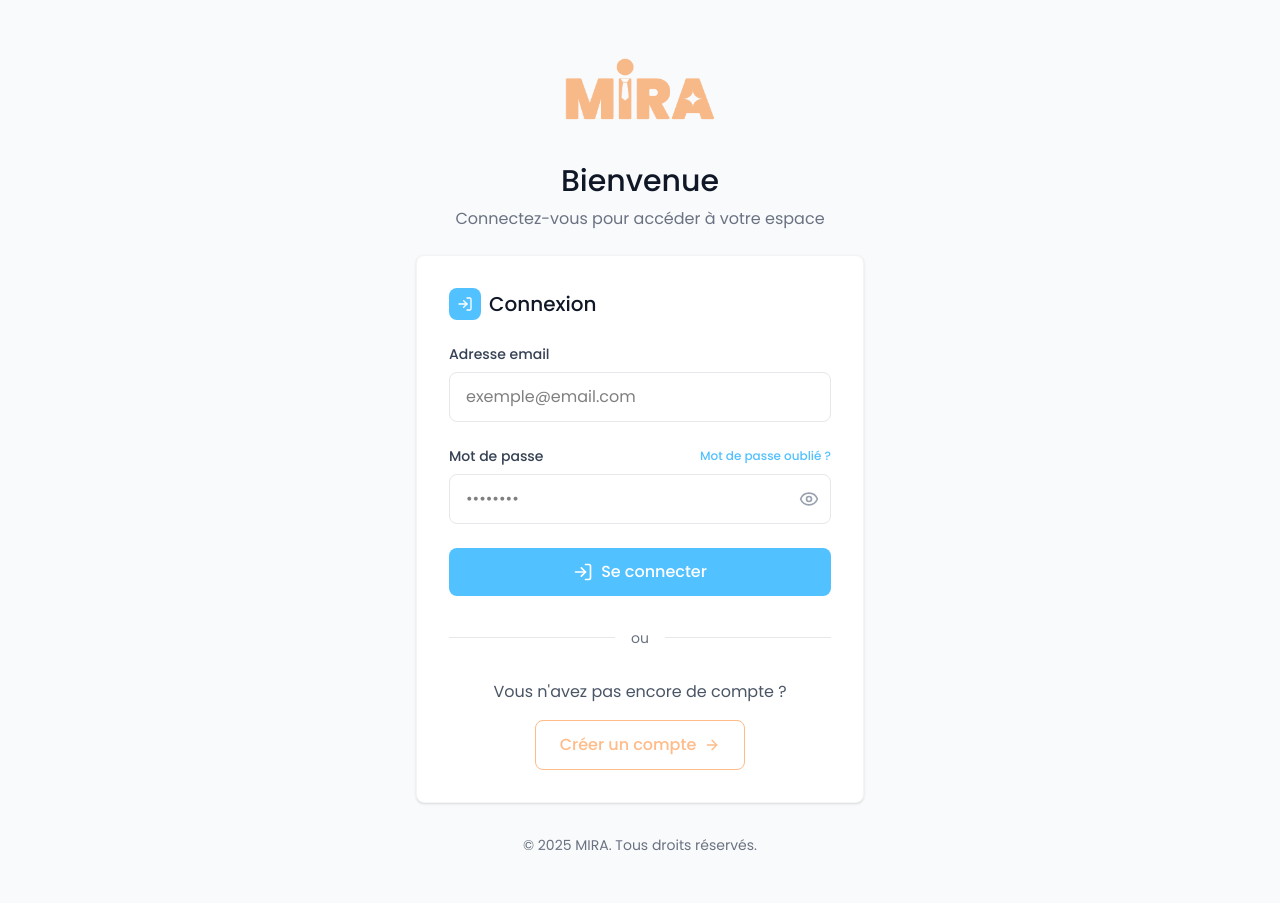
Repository: vladimirmoulart/mira-website
Page: /connexion
The author's editor kept a copy of each file at every save. The page is drawn from the files as they stood at one save, then again after the next save.
The browser window is 1280 px wide. The pictures show the whole page.
The page's requests for data from a server got no answer. The project was rebuilt for these pictures with package versions that can differ from the ones it lists, and the page was loaded fresh each time. The framework's server and built-in components were replaced by stand-ins that run in the browser. No one was signed in, and anything a server would have sent is missing. Also part of the build but not shown: next.config.ts.

Above is the page before, as saved 2025-06-03 22:48:35.

### src/app/connexion/page.tsx
"use client"

import type React from "react"

import { useState } from "react"
import Link from "next/link"
import Image from "next/image"
import { supabase } from "../../../lib/supabaseClient"
import { Eye, EyeOff, LogIn, AlertCircle, CheckCircle, Loader2, ArrowRight } from "lucide-react"

export default function Connexion() {
  const [email, setEmail] = useState("")
  const [password, setPassword] = useState("")
  const [errorMessage, setErrorMessage] = useState("")
  const [successMessage, setSuccessMessage] = useState("")
  const [isLoading, setIsLoading] = useState(false)
  const [showPassword, setShowPassword] = useState(false)

  const handleSubmit = async (e: React.FormEvent) => {
    e.preventDefault()
    setErrorMessage("")
    setSuccessMessage("")
    setIsLoading(true)

    try {
      const { data, error } = await supabase.auth.signInWithPassword({
        email,
        password,
      })

      if (error) {
        setErrorMessage(error.message)
        return
      }

      setSuccessMessage("Connexion réussie ! Redirection...")

      setTimeout(() => {
        window.location.href = "/dashboard/feed"
      }, 1500)
    } catch (error) {
      setErrorMessage("Une erreur inattendue s'est produite. Veuillez réessayer.")
      console.error("Login error:", error)
    } finally {
      setIsLoading(false)
    }
  }

  return (
    <div className="min-h-screen bg-gray-50 mt--10 flex flex-col items-center justify-center px-4 py-12">
      <div className="w-full max-w-md">
        {/* Logo and header */}
        <div className="text-center mb-6">
          <div className="flex justify-center mb-6">
            <Image src="/images/logo-mira.png" alt="Logo MIRA" width={150} height={150} priority />
          </div>
          <h1 className="text-3xl font-medium text-gray-900">Bienvenue</h1>
          <p className="text-gray-500 mt-2">Connectez-vous pour accéder à votre espace</p>
        </div>

        {/* Card */}
        <div className="bg-white rounded-lg shadow-sm border border-gray-100 p-8">
          <h2 className="text-xl font-medium text-gray-900 mb-6 flex items-center gap-2">
            <div className="w-8 h-8 bg-[#52c1ff] rounded-lg flex items-center justify-center">
              <LogIn className="w-4 h-4 text-white" />
            </div>
            Connexion
          </h2>

          {/* Status messages */}
          {successMessage && (
            <div className="mb-6 p-4 bg-green-50 rounded-lg flex items-center gap-3 border border-green-200">
              <CheckCircle className="w-5 h-5 text-green-500 flex-shrink-0" />
              <p className="text-green-800 text-sm">{successMessage}</p>
            </div>
          )}

          {errorMessage && (
            <div className="mb-6 p-4 bg-red-50 rounded-lg flex items-center gap-3 border border-red-200">
              <AlertCircle className="w-5 h-5 text-red-500 flex-shrink-0" />
              <p className="text-red-800 text-sm">{errorMessage}</p>
            </div>
          )}

          {/* Form */}
          <form onSubmit={handleSubmit} className="space-y-6">
            <div className="space-y-2">
              <label htmlFor="email" className="block text-sm font-medium text-gray-700">
                Adresse email
              </label>
              <input
                id="email"
                type="email"
                placeholder="exemple@email.com"
                required
                value={email}
                onChange={(e) => setEmail(e.target.value)}
                className="w-full px-4 py-3 border border-gray-200 rounded-lg focus:outline-none focus:ring-2 focus:ring-[#52c1ff] focus:border-transparent transition-all"
                disabled={isLoading}
              />
            </div>

            <div className="space-y-2">
              <div className="flex items-center justify-between">
                <label htmlFor="password" className="block text-sm font-medium text-gray-700">
                  Mot de passe
                </label>
                <Link
                  href="/mot-de-passe-oublie"
                  className="text-xs font-medium text-[#52c1ff] hover:text-[#52c1ff]/80 transition-colors"
                >
                  Mot de passe oublié ?
                </Link>
              </div>
              <div className="relative">
                <input
                  id="password"
                  type={showPassword ? "text" : "password"}
                  placeholder="••••••••"
                  required
                  value={password}
                  onChange={(e) => setPassword(e.target.value)}
                  className="w-full px-4 py-3 border border-gray-200 rounded-lg focus:outline-none focus:ring-2 focus:ring-[#52c1ff] focus:border-transparent transition-all pr-10"
                  disabled={isLoading}
                />
                <button
                  type="button"
                  onClick={() => setShowPassword(!showPassword)}
                  className="absolute right-3 top-1/2 transform -translate-y-1/2 text-gray-400 hover:text-gray-600 transition-colors"
                  tabIndex={-1}
                >
                  {showPassword ? <EyeOff className="w-5 h-5" /> : <Eye className="w-5 h-5" />}
                </button>
              </div>
            </div>

            <button
              type="submit"
              disabled={isLoading}
              className="w-full py-3 px-4 bg-[#52c1ff] hover:bg-[#52c1ff]/90 text-white font-medium rounded-lg transition-colors flex items-center justify-center gap-2 disabled:opacity-50 disabled:cursor-not-allowed"
            >
              {isLoading ? (
                <>
                  <Loader2 className="w-5 h-5 animate-spin" />
                  Connexion en cours...
                </>
              ) : (
                <>
                  <LogIn className="w-5 h-5" />
                  Se connecter
                </>
              )}
            </button>
          </form>

          {/* Divider */}
          <div className="relative my-8">
            <div className="absolute inset-0 flex items-center">
              <div className="w-full border-t border-gray-200"></div>
            </div>
            <div className="relative flex justify-center text-sm">
              <span className="px-4 bg-white text-gray-500">ou</span>
            </div>
          </div>

          {/* Registration link */}
          <div className="text-center">
            <p className="text-gray-600 mb-4">Vous n'avez pas encore de compte ?</p>
            <Link
              href="/inscription"
              className="inline-flex items-center justify-center gap-2 py-3 px-6 bg-white border border-[#ffbb88] text-[#ffbb88] font-medium rounded-lg hover:bg-[#ffbb88] hover:text-white transition-all duration-300"
            >
              Créer un compte
              <ArrowRight className="w-4 h-4" />
            </Link>
          </div>
        </div>

        {/* Footer */}
        <div className="mt-8 text-center text-sm text-gray-500">
          <p>© {new Date().getFullYear()} MIRA. Tous droits réservés.</p>
        </div>
      </div>
    </div>
  )
}

### src/app/globals.css
@import "tailwindcss";

:root {
  --background: #ffffff;
  --foreground: black;
}

@theme inline {
  --color-background: var(--background);
  --color-foreground: var(--foreground);
  --font-sans: var(--font-geist-sans);
  --font-mono: var(--font-geist-mono);
}

@media (prefers-color-scheme: dark) {
  :root {
    --background: #ffffff;
    --foreground: black;
  }
}

body {
  background: var(--background);
  color: var(--foreground);
  font-family: var(--font-poppins), sans-serif;
}

### lib/supabaseClient.ts
// lib/supabaseClient.ts
import { createPagesBrowserClient } from '@supabase/auth-helpers-nextjs'

const supabaseUrl = process.env.NEXT_PUBLIC_SUPABASE_URL!
const supabaseAnonKey = process.env.NEXT_PUBLIC_SUPABASE_ANON_KEY!

export const supabase = createPagesBrowserClient()

Loaded but not shown: src/app/layout.tsx (common file)

After the next save:
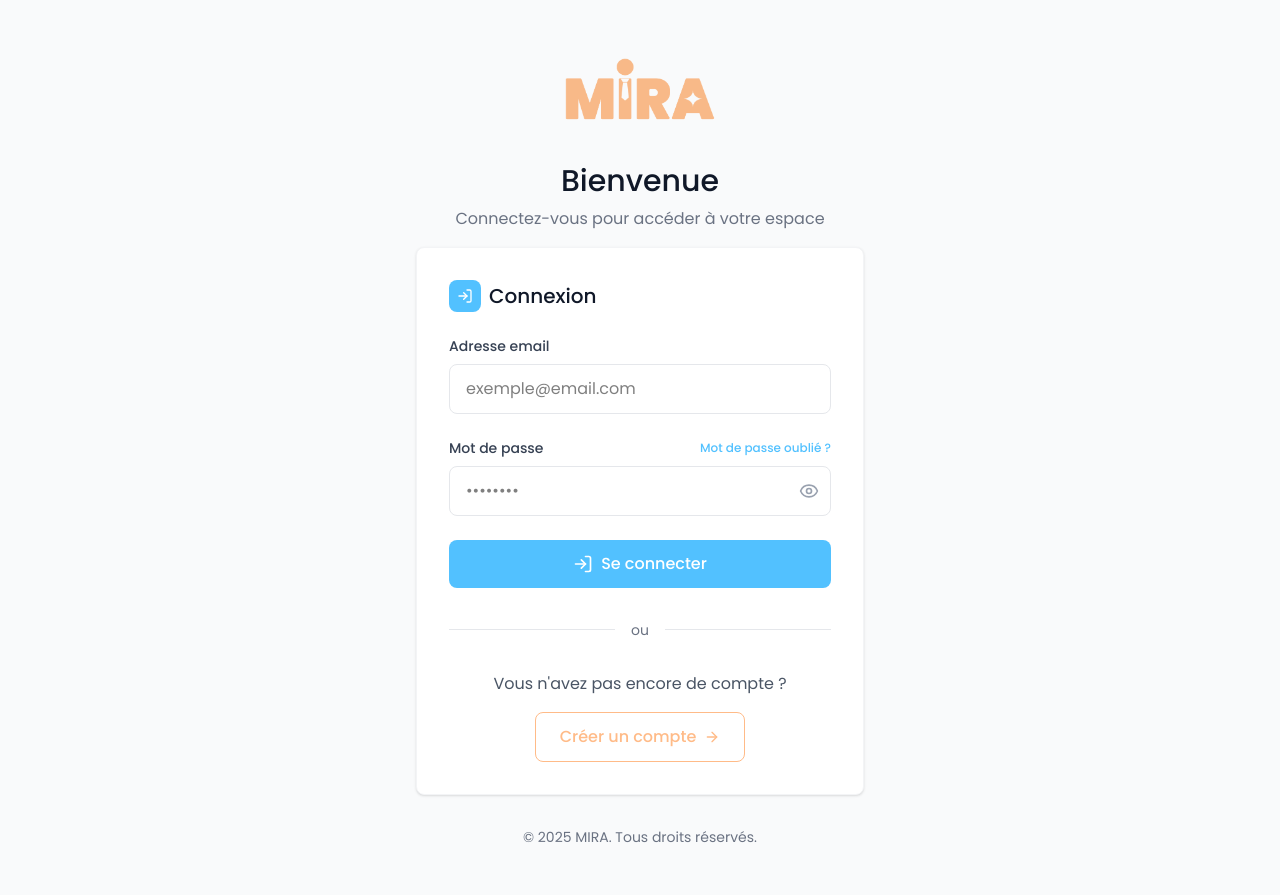
Saved 11 s later.
--- a/src/app/connexion/page.tsx
+++ b/src/app/connexion/page.tsx
@@ -50,7 +50,7 @@ export default function Connexion() {
     <div className="min-h-screen bg-gray-50 mt--10 flex flex-col items-center justify-center px-4 py-12">
       <div className="w-full max-w-md">
         {/* Logo and header */}
-        <div className="text-center mb-6">
+        <div className="text-center mb-4">
           <div className="flex justify-center mb-6">
             <Image src="/images/logo-mira.png" alt="Logo MIRA" width={150} height={150} priority />
           </div>
